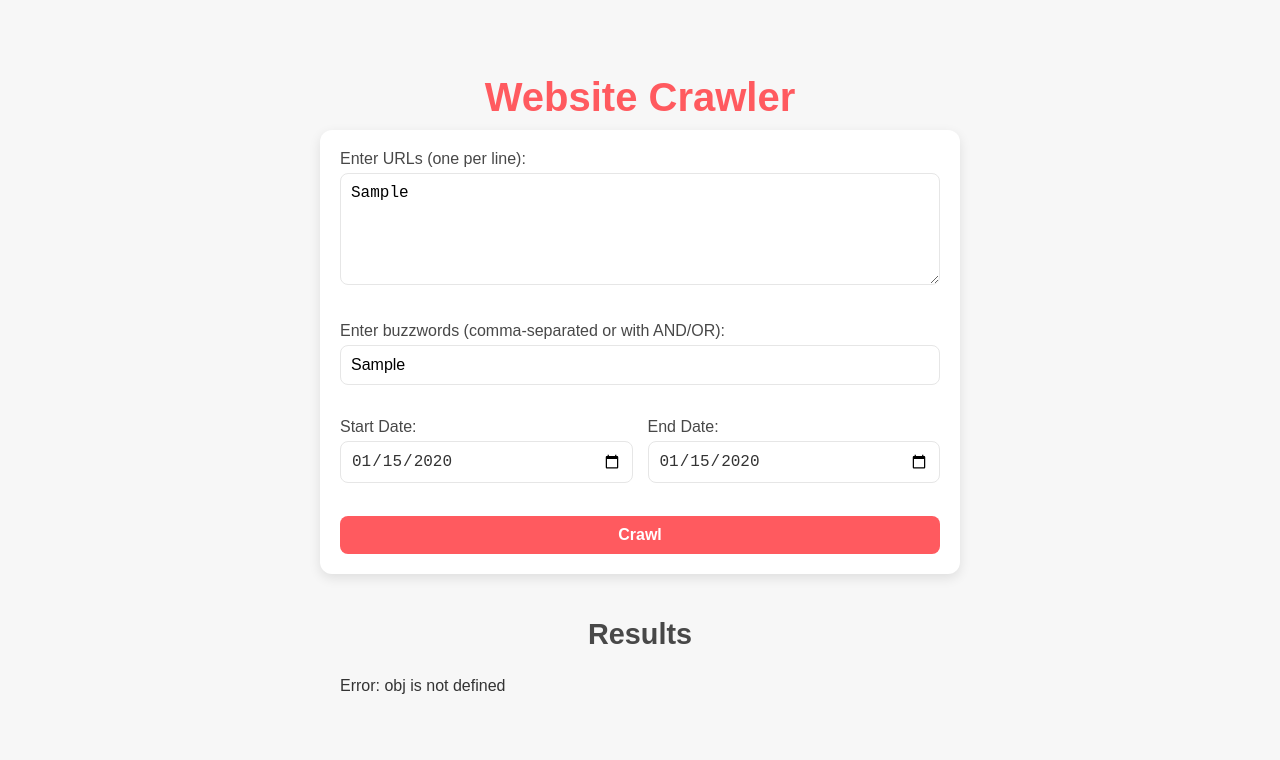
Repository: LubegaH/tenderwebscraper
Page: http://localhost/
These files come from the project's save history. The page is drawn as it stood at one moment and after the next save; the edit follows.
The browser window is 1280 px wide. The pictures show the whole page.
Empty fields were first filled with sample values (such as "Sample", 5 or name@example.com).
After loading, the first visible `#crawler-form` was submitted once.
The page is served by the project's application, run on Flask 3 (app.py). Other server files are loaded and not shown.

Above is the page before, as saved 2025-02-19 15:36:15.

### templates/index.html
<!DOCTYPE html>
<html lang="en">
  <head>
    <meta charset="UTF-8" />
    <meta name="viewport" content="width=device-width, initial-scale=1.0" />
    <title>Website Crawler</title>
    <link
      rel="stylesheet"
      href="{{ url_for('static', filename='styles.css') }}"
    />
  </head>
  <body>
    <h1>Website Crawler</h1>
    <form id="crawler-form">
      <label for="urls">Enter URLs (one per line):</label><br />
      <textarea id="urls" name="urls" rows="5" cols="50"></textarea><br /><br />

      <label for="buzzwords"
        >Enter buzzwords (comma-separated or with AND/OR):</label
      ><br />
      <input
        type="text"
        id="buzzwords"
        name="buzzwords"
        size="50"
      /><br /><br />

      <div class="date-range">
        <div>
          <label for="start-date">Start Date:</label>
          <input
            type="date"
            id="start-date"
            name="start-date"
            class="date-field"
          />
        </div>
        <div>
          <label for="end-date">End Date:</label>
          <input type="date" id="end-date" name="end-date" class="date-field" />
        </div>
      </div>
      <br />

      <input type="submit" value="Crawl" />
    </form>

    <h2>Results</h2>
    <div id="results"></div>

    <script>
      document
        .getElementById('crawler-form')
        .addEventListener('submit', async function (e) {
          e.preventDefault();

          const urls = document
            .getElementById('urls')
            .value.split('\n')
            .map((url) => url.trim())
            .filter((url) => url.length > 0);

          const buzzwords = document.getElementById('buzzwords').value;
          const startDate = document.getElementById('start-date').value;
          const endDate = document.getElementById('end-date').value;

          const resultDiv = document.getElementById('results');
          resultDiv.innerHTML = '<p>Crawling... Please wait.</p>';

          try {
            const response = await fetch('/crawl', {
              method: 'POST',
              headers: {
                'Content-Type': 'application/json',
              },
              body: JSON.stringify({ urls, buzzwords, startDate, endDate }),
            });

            if (!response.ok) {
              throw new Error(`HTTP error! status: ${response.status}`);
            }

            const data = await response.json();
            displayResults(data);
          } catch (error) {
            resultDiv.innerHTML = `<p>Error: ${error.message}</p>`;
          }
        });

      function displayResults(data) {
        const resultDiv = document.getElementById('results');
        resultDiv.innerHTML = '';

        // Group results into three categories
        const unableToCrawl = [];
        const foundBuzzwords = [];
        const noBuzzwordsFound = [];

        // Each 'item' in data has the structure: {url, found: [...], error: ...}
        data.forEach((item) => {
          if (item.error) {
            // unable to crawl
            unableToCrawl.push(item);
          }
          // No error, so the request succeeded
          else if (Array.isArray(item.found) && item.found.length > 0) {
            foundBuzzwords.push({ url: item.url, buzzwords: item.found });
          } else {
            // Crawled successfully but no buzzwords found
            noBuzzwordsFound.push(item.url);
          }
        });

        // Build HTML for each section
        // 1) Unable to crawl
        let html = '<div class="result-section">';
        html += '<h3>I am unable to crawl these pages:</h3>';
        if (unableToCrawl.length > 0) {
          html += '<ul>';
          unableToCrawl.forEach((url) => {
            html += `<li><strong>${obj.url}</strong> — ${obj.error}</li>`;
          });
          html += '</ul>';
        } else {
          html += '<p>None</p>';
        }
        html += '</div>';
        // 2) No buzzwords found
        html += '<div class="result-section">';
        html += "<h3> I couldn't find any buzzwords on these pages:</h3>";
        if (noBuzzwordsFound.length > 0) {
          html += '<ul>';
          noBuzzwordsFound.forEach((url) => {
            html += `<li>${url}</li>`;
          });
          html += '</ul>';
        } else {
          html += '<p>None</p>';
        }
        html += '</div>';

        // 3) Buzzwords found
        html += '<div class="result-section">';
        html += '<h3> I found the following buzzwords on these pages:</h3>';
        if (foundBuzzwords.length > 0) {
          html += '<ul>';
          foundBuzzwords.forEach((entry) => {
            const joinedBuzzwords = entry.buzzwords.join(', ');
            html += `<li><strong>${entry.url}</strong>: ${joinedBuzzwords}</li>`;
          });
          html += '</ul>';
        } else {
          html += '<p>None</p>';
        }
        html += '</div>';

        // Insert all sections into the result div
        resultDiv.innerHTML = html;

        // data.forEach((result) => {
        //   const resultElement = document.createElement('div');
        //   resultElement.className = 'result-item';

        //   if (result.error) {
        //     resultElement.innerHTML = `<p class="error">Error crawling ${result.url}: ${result.error}</p>`;
        //   } else {
        //     resultElement.innerHTML = `<h3>${
        //       result.url
        //     }</h3><p>${result.found.join(', ')}</p>`;
        //   }

        //   resultDiv.appendChild(resultElement);
        // });
      }
    </script>
  </body>
</html>

### app.py

# app.py - Backend using Flask
import os
from flask import Flask, render_template, request, jsonify
import requests
from bs4 import BeautifulSoup
import re

app = Flask(__name__)

# Function to scrape the URL and look for buzzwords
def scrape_url(url, buzzwords):
    try:
        response = requests.get(url, timeout=10)  # Added timeout to avoid long waits on unresponsive servers
        if response.status_code == 200:
            soup = BeautifulSoup(response.text, 'html.parser')
            text = soup.get_text(separator=' ')
            found_words = [word for word in buzzwords if re.search(r'\b' + re.escape(word) + r'\b', text, re.IGNORECASE)]
            if found_words:
                return {'url': url, 'found': found_words}
            else:
                return {'url': url, 'found': []}  # No buzzwords found
        else:
            return {'url': url, 'error': 'Unable to fetch the page.'}
    except requests.RequestException as e:
        return {'url': url, 'error': f"Error: {str(e)}"}

@app.route('/')
def index():
    return render_template('index.html')

@app.route('/crawl', methods=['POST'])
def crawl():
    data = request.get_json()
    urls = data.get('urls', [])
    buzzwords = data.get('buzzwords', [])

    # Ensure buzzwords are in a list format
    if isinstance(buzzwords, str):
        buzzwords = [word.strip() for word in buzzwords.split(',')]

    results = []
    for url in urls:
        result = scrape_url(url, buzzwords)
        results.append(result)
    return jsonify(results)

if __name__ == '__main__':
    port = int(os.environ.get('PORT', 5000))
    app.run(debug=False, host='0.0.0.0', port=port)
    # app.run(debug=True, port=port)

### static/styles.css
/* General Styles */
body {
  font-family: Arial, sans-serif;
  background-color: #f7f7f7;
  color: #333;
  margin: 0;
  padding: 20px;
  display: flex;
  justify-content: center;
  align-items: center;
  flex-direction: column;
  min-height: 100vh;
}

h1 {
  color: #ff5a5f; /* Airbnb's primary brand color */
  font-size: 2.5rem;
  margin-bottom: 10px;
}

/* Form Styles */
form {
  background: #ffffff;
  padding: 20px;
  border-radius: 12px;
  box-shadow: 0 4px 12px rgba(0, 0, 0, 0.1);
  width: 100%;
  max-width: 600px;
  margin-bottom: 20px;
}

label {
  font-size: 1rem;
  color: #484848;
  font-weight: 500;
}

textarea,
input[type='text'] {
  width: 100%;
  padding: 10px;
  margin-top: 5px;
  margin-bottom: 15px;
  border: 1px solid #e6e6e6;
  border-radius: 8px;
  font-size: 1rem;
  box-sizing: border-box;
}

input[type='submit'] {
  background-color: #ff5a5f;
  color: #fff;
  border: none;
  padding: 10px 20px;
  font-size: 1rem;
  font-weight: bold;
  border-radius: 8px;
  cursor: pointer;
  transition: background-color 0.3s ease;
  width: 100%;
  box-sizing: border-box;
}

input[type='submit']:hover {
  background-color: #ff787d;
}

/* Results Section Styles */
h2 {
  color: #484848;
  font-size: 1.8rem;
  margin-bottom: 10px;
}

#results {
  width: 100%;
  max-width: 600px;
}

.result-item {
  background-color: #ffffff;
  margin-top: 10px;
  padding: 15px;
  border-radius: 10px;
  box-shadow: 0 2px 8px rgba(0, 0, 0, 0.1);
}

.result-item h3 {
  color: #ff5a5f;
  margin: 0 0 10px;
}

ul {
  list-style-type: none;
  padding-left: 0;
}

ul li {
  background-color: #f7f7f7;
  padding: 8px;
  border-radius: 5px;
  margin-bottom: 5px;
  font-size: 0.9rem;
  color: #333;
}

.error {
  color: #d9534f;
}
/* Styling for date fields */
.date-field {
  width: 100%;
  padding: 10px;
  margin-top: 5px;
  margin-bottom: 15px;
  border: 1px solid #e6e6e6;
  border-radius: 8px;
  font-size: 1rem;
  box-sizing: border-box;
  background-color: #ffffff;
  color: #333;
  transition: border-color 0.3s ease;
}

/* Consistent styling on focus */
.date-field:focus {
  outline: none;
  border-color: #ff5a5f;
  box-shadow: 0 0 0 2px rgba(255, 90, 95, 0.3);
}
/* Date range wrapper styling */
.date-range {
  display: flex;
  gap: 15px; /* Space between start and end date fields */
}

.date-range > div {
  flex: 1; /* Ensures both fields are evenly spaced and take up equal width */
}

After the next save:
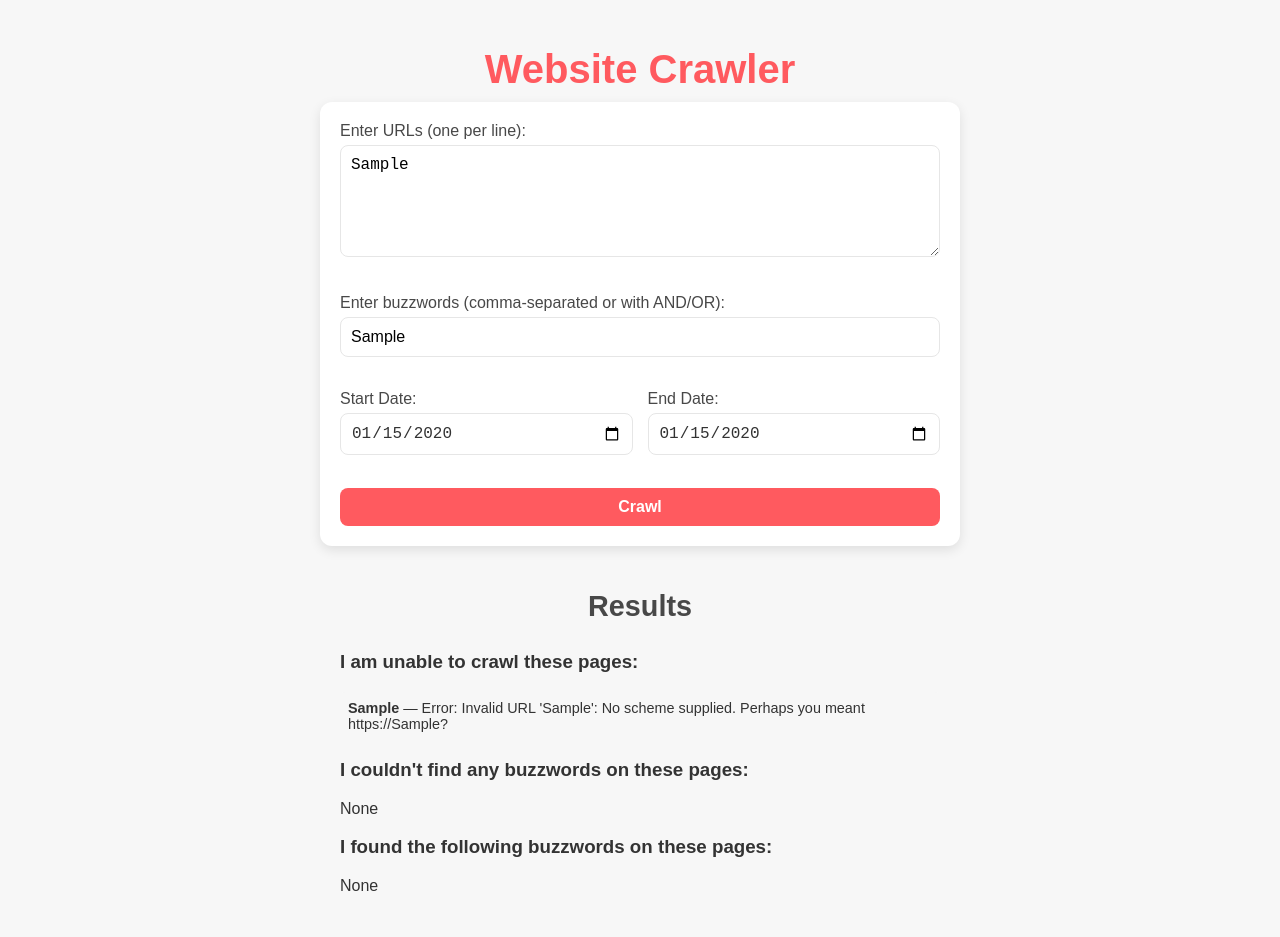
Saved 8 min 47 s later.
--- a/templates/index.html
+++ b/templates/index.html
@@ -117,7 +117,7 @@
         html += '<h3>I am unable to crawl these pages:</h3>';
         if (unableToCrawl.length > 0) {
           html += '<ul>';
-          unableToCrawl.forEach((url) => {
+          unableToCrawl.forEach((obj) => {
             html += `<li><strong>${obj.url}</strong> — ${obj.error}</li>`;
           });
           html += '</ul>';
